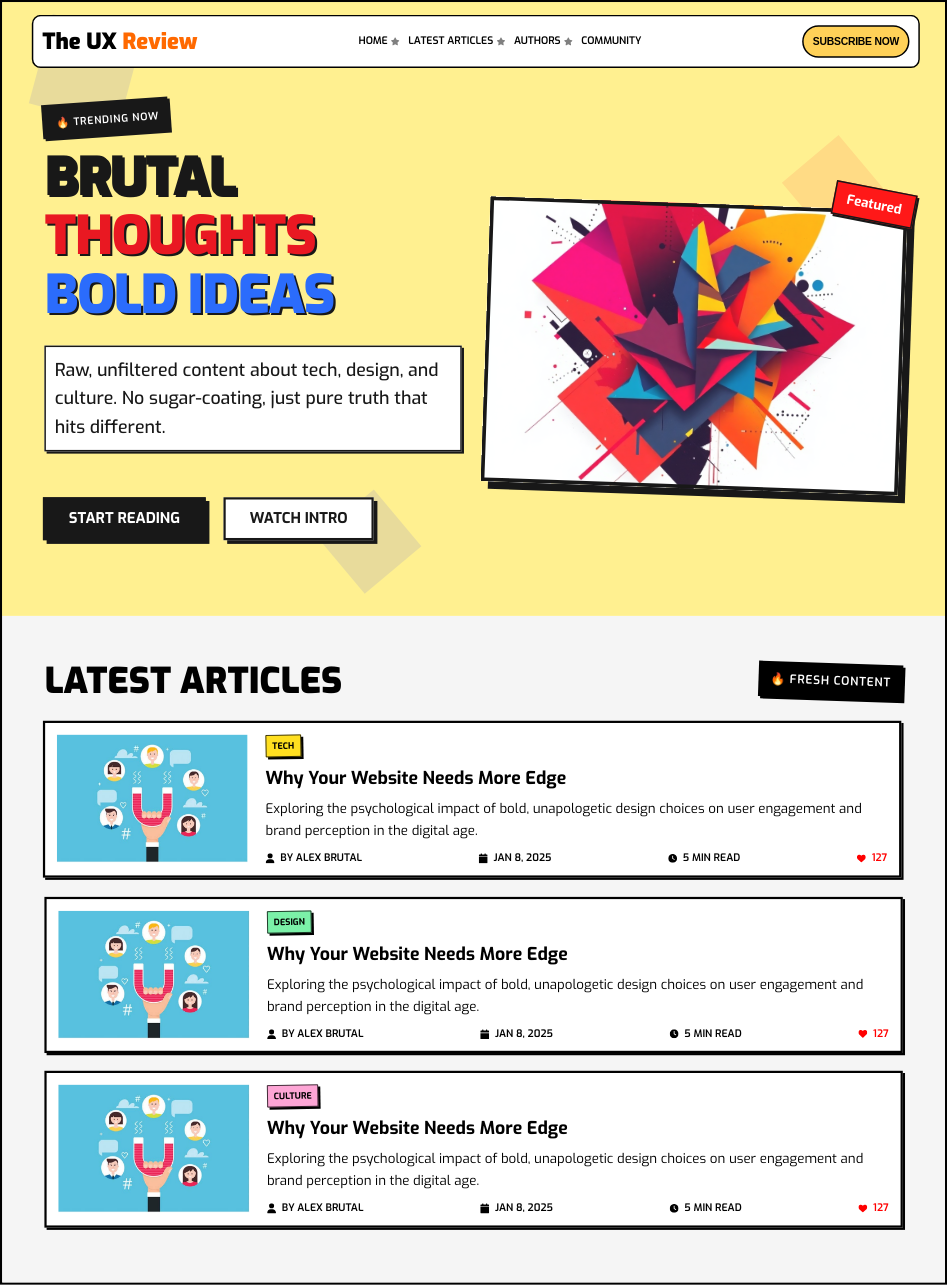
Repository: abdobadawi-ops/Route-Academy-Assignments
Page: Fourth Assignment - the-ux-review-blog/test.html
An editor plug-in stored every save of this project. The page is shown before and after the next save, followed by the edit.
The browser window is 1280 px wide. The pictures show the whole page, at 74% of full size.
The pointer rests on the first visible `.articles__card`.

Above is the page before, as saved 2026-05-13 02:13:39.

After the next save:
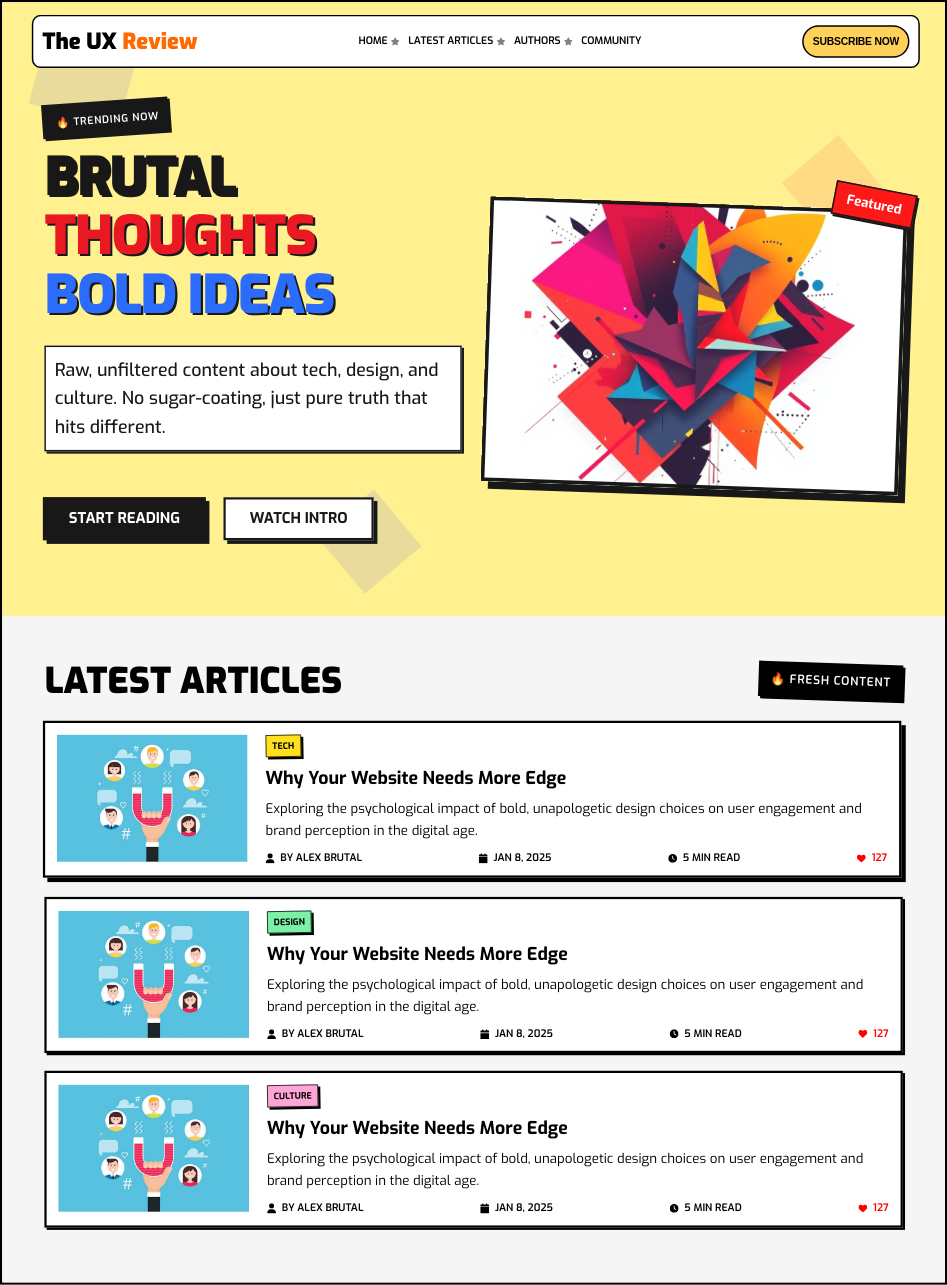
Saved 19 s later.
--- a/Fourth Assignment - the-ux-review-blog/test.css
+++ b/Fourth Assignment - the-ux-review-blog/test.css
@@ -380,6 +380,7 @@ img {
 
 .articles__card:hover {
   transform: translate(-2px, -2px);
+  box-shadow: 6px 6px #000;
 }
 
 .articles__img-box {
